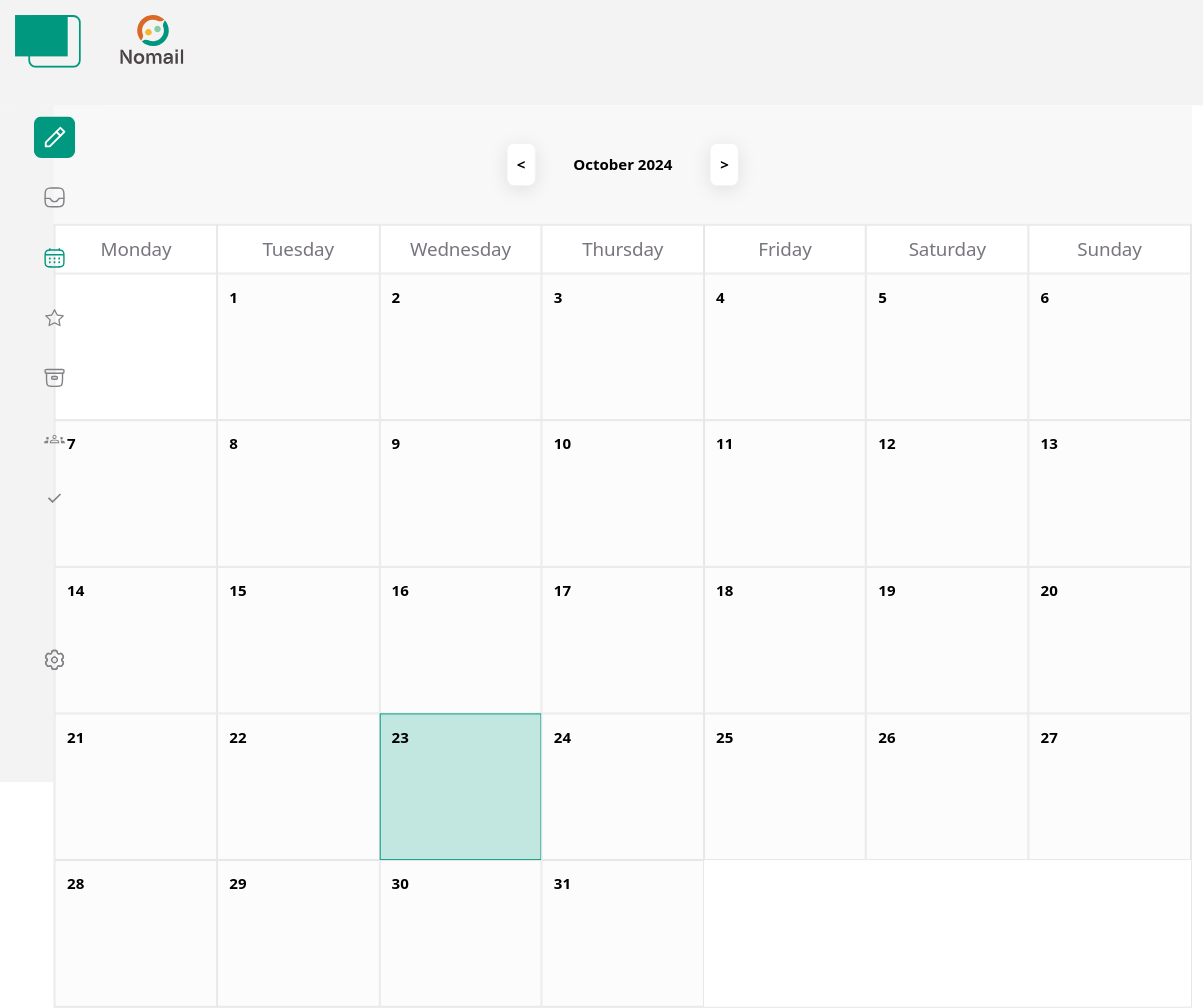
Repository: Tofigkh1/Nomail-App
Page: /calendar
The author's editor kept a copy of each file at every save. The page is drawn from the files as they stood at one save, then again after the next save.
The browser window is 1280 px wide. The pictures show the whole page, at 94% of full size.
The project was rebuilt for these pictures with package versions that can differ from the ones it lists, and the page was loaded fresh each time. The framework's server and built-in components were replaced by stand-ins that run in the browser. Also part of the build but not shown: next.config.mjs, components/shared/svg/calendarSvg.jsx.

Above is the page before, as saved 2024-10-23 03:17:46.

After the next save:
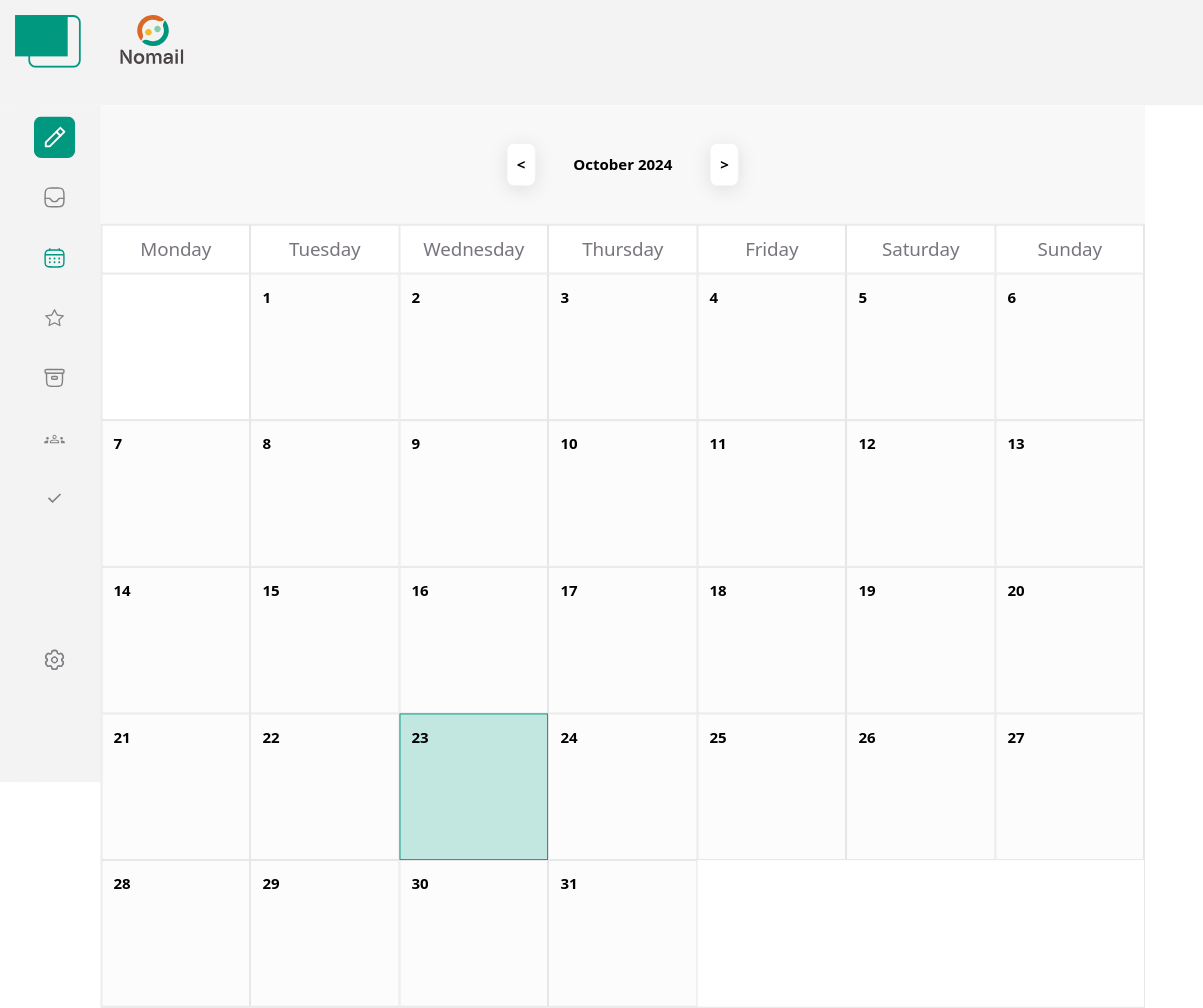
Saved 6 s later.
--- a/components/shared/client/Calendar/Calendar.css
+++ b/components/shared/client/Calendar/Calendar.css
@@ -1,5 +1,5 @@
 .calendar-container {
-    width: 98%;
+    width: 90%;
     background-color: #f8f8f8;
     color: black;
     margin: 0 auto;
